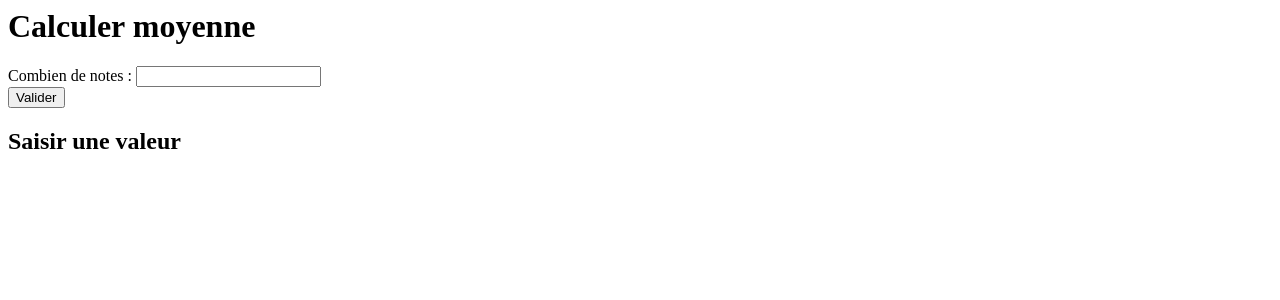
Repository: Michelhof1978/php
Page: http://localhost/calculMoyenne.php
An editor plug-in stored every save of this project. The page is shown before and after the next save, followed by the edit.
The browser window is 1280 px wide. The pictures show the whole page.
The page is run by PHP 8.4 with error messages shown; the project is at /var/www/html/.

Above is the page before, as saved 2022-07-29 14:03:40.

After the next save:
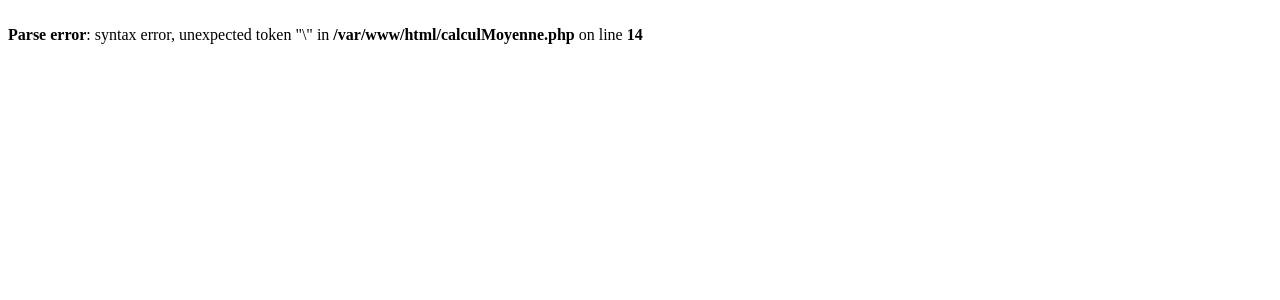
Saved 29 s later.
--- a/calculMoyenne.php
+++ b/calculMoyenne.php
@@ -11,7 +11,7 @@
     $nbNotes = $_POST['nb'];
     for($i = 1; $i <= $nbNotes ; $i++){
         echo"<label for=\"nb\"> Note . $i  .  :</label>" ;//Pour générer un input, si on tape 5, 5 inputs s'afficheront//Bien mettre \ quand  guillemet à l'intérieur car risque conflits// Note . $i = pour chiffrer de 1 à nb saisi les inputs en partant de 1($i)
-        echo "<input type=\"number\" name=\"note" . $i. "\" id=\"nb\" required><br/>";//Suite code pour générer input
+        echo "<input type=\"number\" name=\"note" . $i. "\" id=\"note" . $i.\" required><br/>";//Suite code pour générer input
      }
     }else {
         echo"<h2>Saisir une valeur</h2>";

After the save that followed:
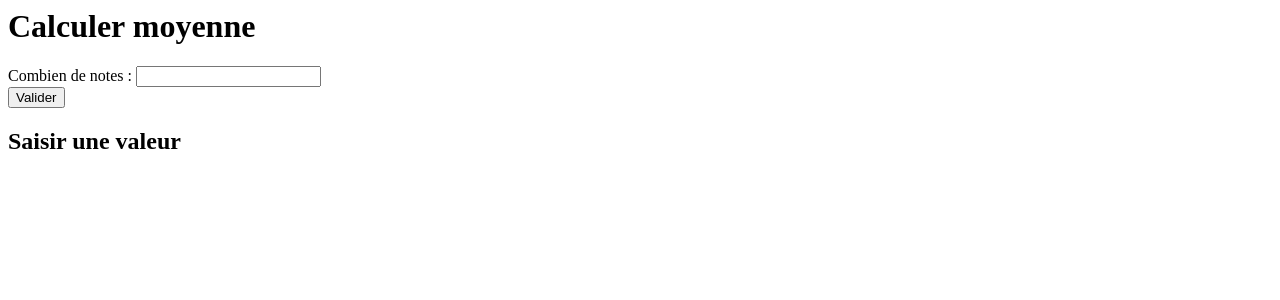
Saved 6 s later.
--- a/calculMoyenne.php
+++ b/calculMoyenne.php
@@ -11,7 +11,7 @@
     $nbNotes = $_POST['nb'];
     for($i = 1; $i <= $nbNotes ; $i++){
         echo"<label for=\"nb\"> Note . $i  .  :</label>" ;//Pour générer un input, si on tape 5, 5 inputs s'afficheront//Bien mettre \ quand  guillemet à l'intérieur car risque conflits// Note . $i = pour chiffrer de 1 à nb saisi les inputs en partant de 1($i)
-        echo "<input type=\"number\" name=\"note" . $i. "\" id=\"note" . $i.\" required><br/>";//Suite code pour générer input
+        echo "<input type=\"number\" name=\"note" . $i. "\" id=\"note" . $i."\" required><br/>";//Suite code pour générer input
      }
     }else {
         echo"<h2>Saisir une valeur</h2>";
